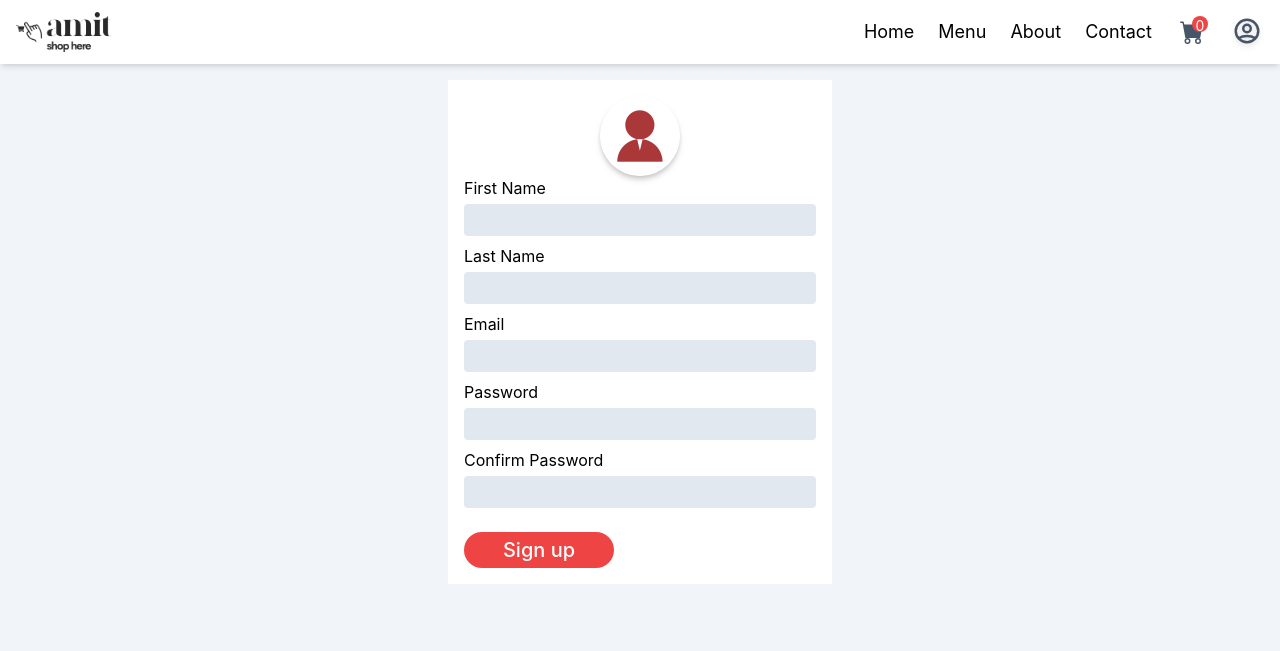
Repository: Lehuyhuynh/Web_ban_hoa_qua
Page: /signup (app in frontend/)
The author's editor kept a copy of each file at every save. The page is drawn from the files as they stood at one save, then again after the next save.
The browser window is 1280 px wide. The pictures show the whole page.
The project was rebuilt for these pictures with package versions that can differ from the ones it lists, and the page was loaded fresh each time. Also part of the build but not shown: frontend/src/page/Home.js, frontend/src/page/Menu.js, frontend/src/page/About.js, frontend/src/page/Contact.js, frontend/src/page/login.js, frontend/src/page/Newproduct.js.

Above is the page before, as saved 2024-01-02 15:43:08.

### frontend/src/index.js
import React from "react";
import ReactDOM from "react-dom/client";
import "./index.css";
import App from "./App";
import reportWebVitals from "./reportWebVitals";
import {
  createBrowserRouter,
  createRoutesFromElements,
  Route,
  RouterProvider,
} from "react-router-dom";

import Home from "./page/Home";
import Menu from "./page/Menu";
import About from "./page/About";
import Contact from "./page/Contact";
import Login from "./page/login";
import NewProduct from "./page/Newproduct";
import Signup from "./page/Signup";

const router = createBrowserRouter(
  createRoutesFromElements(
    <Route path="/" element={<App />}>
      <Route index element={<Home />} />
      <Route path="menu" element={<Menu />} />
      <Route path="about" element={<About />} />
      <Route path="contact" element={<Contact />} />
      <Route path="login" element={<Login />} />
      <Route path="newproduct" element={<NewProduct />} />
      <Route path="signup" element={<Signup />} />
    </Route>
  )
);

const root = ReactDOM.createRoot(document.getElementById("root"));
root.render(<RouterProvider router={router} />);

// If you want to start measuring performance in your app, pass a function
// to log results (for example: reportWebVitals(console.log))
// or send to an analytics endpoint. Learn more: https://bit.ly/CRA-vitals
reportWebVitals();

### frontend/src/App.js
import Header from "./component/Header";
import { Outlet } from "react-router-dom";
function App() {
  return (
    <>
      <div>
        <Header />
        <main className="pt-16 bg-slate-100 min-h-[calc(100vh)]">
          <Outlet />
        </main>
      </div>
    </>
  );
}

export default App;

### frontend/src/page/Signup.js
import React from "react";
import loginSignupImage from "../assest/login-animation (1).gif";

const Signup = () => {
  return (
    <div className="p-3 md:p-4">
      <div className="w-full max-w-sm bg-white m-auto flex  flex-col p-4">
        {/* <h1 className="text-center text-2xl font-bold">Sign up</h1> */}

        <div className="w-20 h-20 overflow-hidden rounded-full drop-shadow-md shadow-md m-auto relative ">
          <img src={loginSignupImage} className="w-full h-full" />
        </div>

        <form action="">
          <label htmlFor="firstName">First Name</label>
          <input
            type={"text"}
            id="firstName"
            name="firstName"
            className="mt-1 mb-2 w-full bg-slate-200 px-2 py-1 rounded focus-within:outline-blue-300"
          />

          <label htmlFor="lastName">Last Name</label>
          <input
            type={"text"}
            id="lastName"
            name="lastName"
            className="mt-1 mb-2 w-full bg-slate-200 px-2 py-1 rounded focus-within:outline-blue-300"
          />

          <label htmlFor="email">Email</label>
          <input
            type={"email"}
            id="email"
            name="email"
            className="mt-1 mb-2 w-full bg-slate-200 px-2 py-1 rounded focus-within:outline-blue-300"
          />

          <label htmlFor="password">Password</label>
          <div className="flex px-2 py-1 bg-slate-200 rounded mt-1 mb-2 focus-within:outline focus-within:outline-blue-300">
            <input
              type="password"
              id="password"
              name="password"
              className=" w-full bg-slate-200 border-none outline-none "
            />
            <span className="flex text-xl cursor-pointer"></span>
          </div>

          <label htmlFor="confirmpassword">Confirm Password</label>
          <div className="flex px-2 py-1 bg-slate-200 rounded mt-1 mb-2  focus-within:outline focus-within:outline-blue-300">
            <input
              type="confirmpassword"
              id="confirmpassword"
              name="confirmPassword"
              className=" w-full bg-slate-200 border-none outline-none "
            />
            <span className="flex text-xl cursor-pointer"></span>
          </div>

          <button className="w-full max-w-[150px] m-auto  bg-red-500 hover:bg-red-600 cursor-pointer  text-white text-xl font-medium text-center py-1 rounded-full mt-4">
            Sign up
          </button>
        </form>
      </div>
    </div>
  );
};

export default Signup;

### frontend/src/component/Header.js
import logo from "../assest/logo .png";
import { Link } from "react-router-dom";
import { HiOutlineUserCircle } from "react-icons/hi";
import { BsCartFill } from "react-icons/bs";
import { useState } from "react";
function Header() {
  const [showMenu, setShowMenu] = useState(false);
  const handleShowMenu = () => {
    setShowMenu((preve) => !preve);
  };
  return (
    <header className="fixed shadow-md w-full h-16 px-2 md:px-4 z-50 bg-white">
      {/* desktop */}

      <div className="flex items-center h-full justify-between">
        <Link to={""}>
          <div className="h-10">
            <img src={logo} className="h-full" />
          </div>
        </Link>

        <div className="flex items-center gap-4 md:gap-7">
          <nav className="gap-4 md:gap-6 text-base md:text-lg hidden md:flex">
            <Link to={""}> Home</Link>
            <Link to={"menu"}> Menu</Link>
            <Link to={"about"}> About</Link>
            <Link to={"contact"}>Contact</Link>
          </nav>

          <div className="text-2xl text-slate-600 relative">
            <BsCartFill />
            <div className="absolute -top-1 -right-1 text-white bg-red-500 h-4 w-4 rounded-full m-0 p-0 text-sm text-center">
              0
            </div>
          </div>
          <div className=" text-slate-600" onClick={handleShowMenu}>
            <div className="text-3xl cursor-pointer w-8 h-8 rounded-full overflow-hidden drop-shadow-md">
              <HiOutlineUserCircle />
            </div>

            {showMenu && (
              <div className="absolute right-2 bg-white py-2  shadow drop-shadow-md flex flex-col min-w-[120px] text-center">
                <Link
                  to={"newproduct"}
                  className="whitespace-nowrap cursor-pointer px-2"
                >
                  New product
                </Link>
                <Link
                  to={"login"}
                  className="whitespace-nowrap cursor-pointer px-2"
                >
                  Login
                </Link>
              </div>
            )}
          </div>
        </div>
      </div>
    </header>
  );
}
export default Header;

Loaded but not shown: frontend/public/index.html (common file); frontend/src/index.css (common file); frontend/src/reportWebVitals.js (common file); frontend/tailwind.config.js (common file)

After the next save:
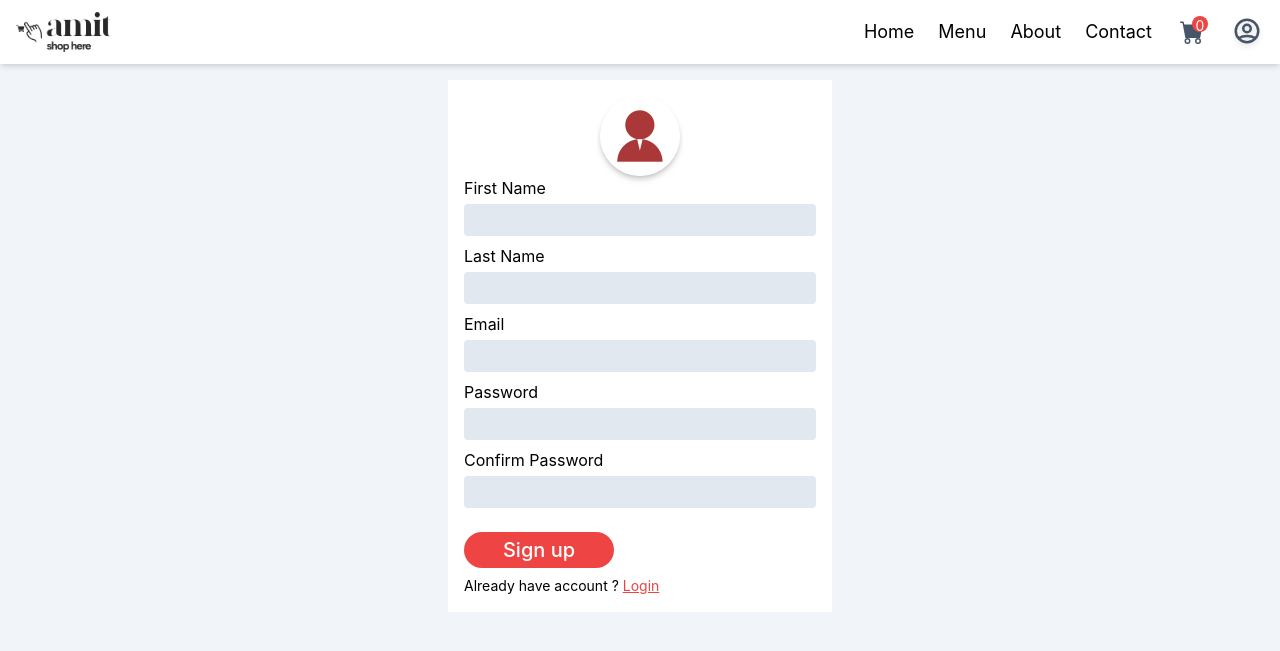
Saved 50 s later.
--- a/frontend/src/page/Signup.js
+++ b/frontend/src/page/Signup.js
@@ -1,5 +1,6 @@
 import React from "react";
 import loginSignupImage from "../assest/login-animation (1).gif";
+import { Link } from "react-router-dom";
 
 const Signup = () => {
   return (
@@ -62,6 +63,13 @@
             Sign up
           </button>
         </form>
+
+        <p className="text-left text-sm mt-2">
+          Already have account ?{" "}
+          <Link to={"/login"} className="text-red-500 underline">
+            Login
+          </Link>
+        </p>
       </div>
     </div>
   );
